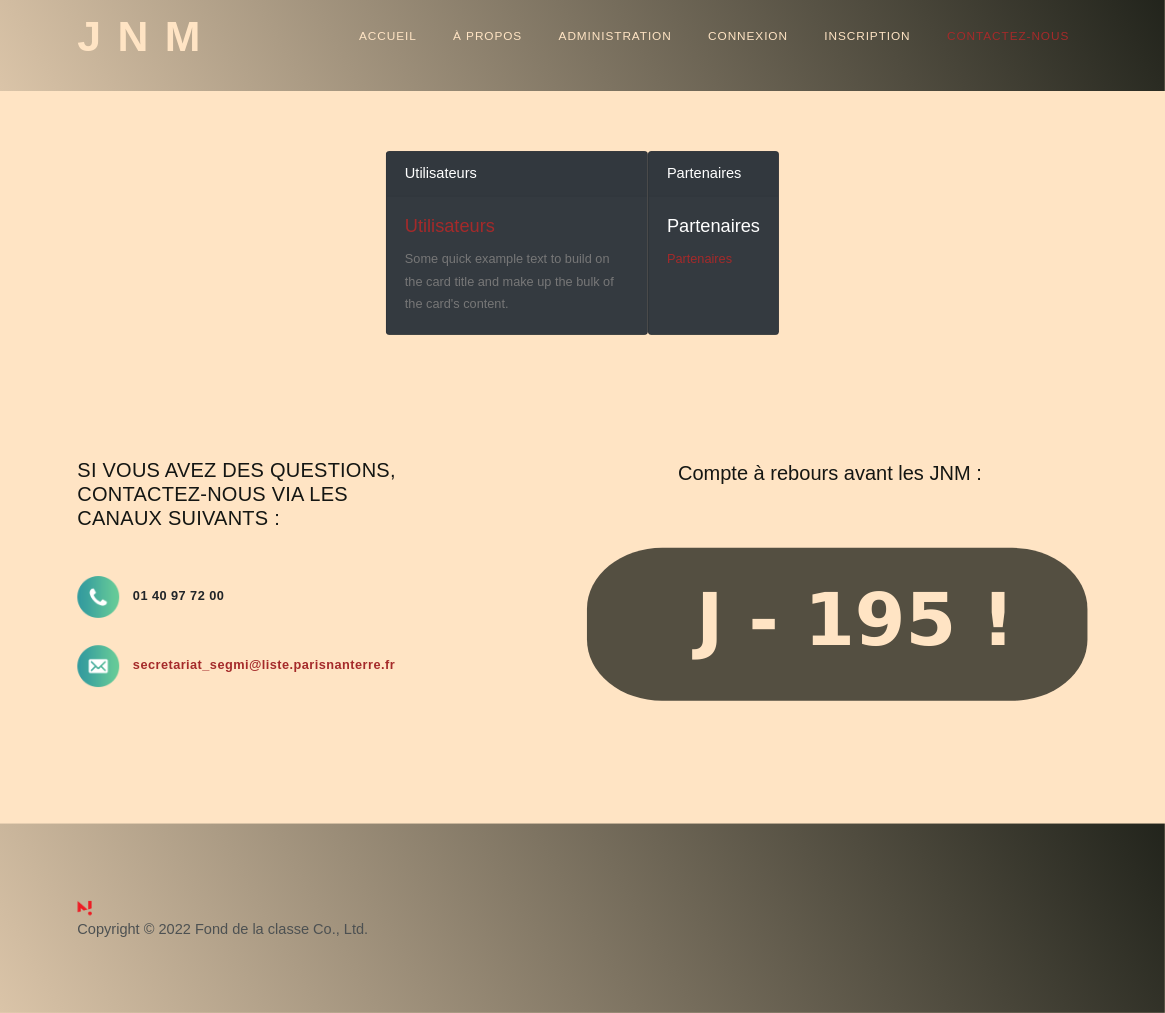
Repository: RiadNadri/ProjetWeb2022
Page: templates/Admin/admin.html.twig
The author's editor kept a copy of each file at every save. The page is drawn from the files as they stood at one save, then again after the next save.
The browser window is 1280 px wide. The pictures show the whole page, at 91% of full size.
Some web fonts or font styles are not loaded; a fallback is used. The page is a Twig template of a Symfony application; nobody is signed in and links lead nowhere. The template is opened directly, without the code that normally fills it, so the values that code supplies are empty.

Above is the page before, as saved 2022-12-24 17:30:12.

### templates/Admin/admin.html.twig
{% extends 'base.html.twig' %}

{% block title %} Administration {% endblock %}


{% block body %}

<style>
    .buttonUser{
        margin-top: 0%;
        margin-bottom: 10%;
        margin-left: 25%;
    }
    .buttonPartenaire{
        margin-left:35%;
        font-size: xx-large;
    }
</style>

<div class="buttonUser">
    <div class="btn btn-light" >
        <a href="{{path('app_user')}}">Utilisateurs</a>
    </div>
    <div class="btn btn-light" >
        <a  href="{{path('app_partenaire')}}">Partenaires</a>
    </div>
</div>

<div class="d-flex justify-content-center">
    <div class="card text-white bg-dark mb-3" style="max-width: 18rem;">
    <div class="card-header">Utilisateurs</div>
    <div class="card-body">
        <h5 class="card-title"><a href="{{path('app_user')}}">Utilisateurs</a></h5>
        <p class="card-text">Some quick example text to build on the card title and make up the bulk of the card's content.</p>
    </div>
    </div>

    <div class="card text-white bg-dark mb-3" style="max-width: 18rem;">
    <div class="card-header">Partenaires</div>
    <div class="card-body">
        <h5 class="card-title"<a  href="{{path('app_partenaire')}}">Partenaires</a></h5>
        <p class="card-text"><a  href="{{path('app_partenaire')}}">Partenaires</a></p>
    </div>
    </div>
</div>
{% endblock %}

### templates/base.html.twig
<!DOCTYPE html>
<html>
    <head>
        <meta charset="UTF-8">
        <title>{% block title %}{% endblock %} - JNM</title>
        <meta name="viewport" content="width=device-width, initial-scale=1, shrink-to-fit=no">
        <meta name="description" content="">
        <meta name="author" content="">
        <link href="https://fonts.googleapis.com/css?family=Raleway:100,200,300,400,500,600,700,800,900&display=swap" rel="stylesheet">
        <link rel="shortcut icon" type= "image/png" href="{{ asset('img/favicon.png')}}" />

        {# Run `composer require symfony/webpack-encore-bundle` to start using Symfony UX #}

        <link rel="stylesheet" href="{{ asset('assets/css/bootstrap.min.css')}}">
        <link rel="stylesheet" href="{{ asset('assets/css/templatemo-breezed (1).css')}}">

        {% block stylesheets %}{% endblock %}

        {% block javascripts %}{% endblock %}
    </head>
    <body>

        <header class="header-area header-sticky">
        <div class="container">
            <div class="row">
                <div class="col-12">
                    <nav class="main-nav">
                        <!-- ***** Logo Start ***** -->
                        <a href="{{path('app_accueil')}}" class="logo">
                            JNM
                        </a>
                        <!-- ***** Logo End ***** -->
                        <!-- ***** Menu Start ***** -->
                        <ul class="nav">
                            <li class="scroll-to-section"><a href="{{path('app_accueil')}}" >Accueil</a></li>
                            <li class="scroll-to-section"><a href="#about">À propos</a></li>
                            <li class="scroll-to-section"><a href="{{path('app_admin')}}">Administration</a></li>
                            <li class="scroll-to-section"><a href="{{path('app_connexion')}}">Connexion</a></li>
                            {% if app.user %}
                                <li class="scroll-to-section"><a href="#réservation">Réservation</a></li>
                                <li class="scroll-to-section"><a href="{{path('app_profil')}}">Mon profil</a></li>
                                <li class="scroll-to-section"><a href="{{path('app_deconnexion')}}">Deconnexion</a></li>
                            {% else %}
                                <li class="scroll-to-section"><a href="{{path('app_inscription')}}">Inscription</a></li>
                            {% endif %}
                            <li class="scroll-to-section"><a href="#contact-us" class="active">Contactez-Nous</a></li>


                        </ul>

                        <!-- ***** Menu End ***** -->
                    </nav>
                </div>
            </div>
        </div>
    </header>

    {% block body %}
    <section class="section" id="about">
        <div class="container">
            <div class="row">
                <div class="col-lg-6 col-md-6 col-xs-12">
                    <div class="left-text-content">
                        <div class="section-heading">
                            <h6>À propos des Journées Nationales de la MIAGE</h6>
                            <h2>Certains de nos partenaires</h2>
                        </div>
                        <div class="row">
                            <div class="col-md-6 col-sm-6">
                                <div class="service-item">
                                    <a href="https://pepsi.fr/" rel ="nofollow noopener" target="_blank"> <img src="{{ asset('img/Pepsi-Logo-PNG-Pic.png')}}" alt=""> </a>
                                    <h4><a rel="nofollow noopener" href="https://pepsi.fr/" target="_blank">Pepsi</a></h4>
                                </div>
                            </div>
                            <div class="col-md-6 col-sm-6">
                                <div class="service-item">
                                    <a href="https://www.beinsports.com/france/" rel ="nofollow noopener" target="_blank"> <img src="{{ asset('img/Bein_sport_logo.png')}}" alt=""> </a>
                                    <h4><a rel="nofollow noopener" href="https://www.beinsports.com/france/" target="_blank">BeIn Sport</a></h4>
                                </div>
                            </div>
                            <div class="col-md-6 col-sm-6">
                                <div class="service-item">
                                    <a href="https://www.canalplus.com/" rel ="nofollow noopener" target="_blank"> <img src="{{ asset('img/canal-logo-png-transparent.png')}}" alt=""> </a>
                                    <h4><a rel="nofollow noopener" href="https://www.canalplus.com/" target="_blank">Canal +</a></h4>
                                </div>
                            </div>
                            <div class="col-md-6 col-sm-6">
                                <div class="service-item">
                                    <a href="https://www.wwf.fr/" rel ="nofollow noopener" target="_blank"> <img src="{{ asset('img/panda.png')}}" alt=""> </a>
                                    <h4><a rel="nofollow noopener" href="https://www.wwf.fr/" target="_blank">WWF</a></h4>
                                </div>
                            </div>
                            <div class="col-md-12">
                                <a href="#" class="main-button-icon">
                                    En savoir plus
                                </a>
                            </div>
                        </div>
                    </div>
                </div>
                <div class="col-lg-6 col-md-6 col-xs-12">
                    <div class="right-text-content">
                        <p>Les Journées Nationales de la Miage sont organisées par <a rel="nofollow noopener" href="https://www.parisnanterre.fr/" target="_blank">L'Université Paris Nanterre</a> en 2023.
                        <br><br>Du 01/06/2023 au 04/06/2023 venez participer aux Journées Nationales de la MIAGE aux portes de Paris sur le campus de Nanterre. Retrouvez-y toutes les MIAGE de France pour partager un bon moment.
                      <br><br>Prenez part aux différentes activités et profitez-en pour élargir votre réseau miagiste !</p>
                    </div>
                </div>
            </div>
        </div>
    </section>

    <section class="section" id="features">
        <div class="container">
            <div class="row">
                <div class="col-lg-4 col-md-6 col-sm-12 col-xs-12" data-scroll-reveal="enter left move 30px over 0.6s after 0.4s">
                    <div class="features-item">
                        <div class="features-icon">
                            <img src="{{ asset('img/Icone.png')}}" height="30px" width="30px" alt="">
                        </div>
                        <div class="features-content">
                            <h4>Le campus de Nanterre</h4>
                            <p>Situé à proximité du quartier d'affaires da La Défense, le campus de Nanterre s'étend sur 30 hectares.<br> Chaque année, il accueille plus de 40 000 étudiants et met à leur disposition divers types d'infrastructures permettant de pratiquer des activités sportives et culturelles !</p>
                            <a href="https://www.parisnanterre.fr/" target="_blank" class="text-button-icon">
                                En savoir plus
                            </a>
                        </div>
                    </div>
                </div>
                <div class="col-lg-4 col-md-6 col-sm-12 col-xs-12" data-scroll-reveal="enter bottom move 30px over 0.6s after 0.4s">
                    <div class="features-item">
                        <div class="features-icon">
                            <img src="{{ asset('img/miage.png')}}" height="30px" width="30px" alt="">
                        </div>
                        <div class="features-content">
                            <h4>La Miage de Nanterre</h4>
                            <p>Intégrée au sein de l'Unité de Formation et de Recherche
                                <a href="https://ufr-segmi.parisnanterre.fr/" rel="nofollow noopener" target="_blank">
                                SEGMI
                                </a> au bâtiment Allais (G), la MIAGE de Nanterre</p>
                            <a href="https://miage.parisnanterre.fr/" class="text-button-icon">
                                En savoir plus
                            </a>
                        </div>
                    </div>
                </div>
                <div class="col-lg-4 col-md-6 col-sm-12 col-xs-12" data-scroll-reveal="enter right move 30px over 0.6s after 0.4s">
                    <div class="features-item">
                        <div class="features-icon">
                            <img src="{{ asset('img/eiffel.png')}}" height="50px" width="50px"alt="">
                        </div>
                        <div class="features-content">
                            <h4>Le séjour à Paris</h4>
                            <p>Vous pourrez profiter d'ếtre aux portes de Paris pour visiter la capitale. La ligne du RER A vous permettra de rejoindre le centre-ville en moins de 30 minutes.<br> Allez explorer le 1er arrondissement riche en culture, ou manger dans l'un des 18 000 restaurants parisiens !</p>
                            <a href="https://www.parisinfo.com/visiter-a-paris" class="text-button-icon">
                                En savoir plus
                            </a>
                        </div>
                    </div>
                </div>
            </div>
        </div>
    </section>
    {% endblock %}


    <!-- ***** Contact Us Area Starts ***** -->
    <section class="section" id="contact-us">
        <div class="container">
            <div class="row">
                <div class="col-lg-4 col-md-4 col-xs-12">
                    <div class="left-text-content">
                        <div class="section-heading">
                            <h6>Si vous avez des questions, Contactez-nous via les canaux suivants :</h6>
                        </div>
                        <ul class="contact-info">
                            <li><img src="{{ asset('img/contact-info-01.png')}}" alt="">01 40 97 72 00</li>
                            <li><img src="{{ asset('img/contact-info-02.png')}}" alt=""><a href="mailto:secretariat_segmi@liste.parisnanterre.fr">secretariat_segmi@liste.parisnanterre.fr</a></li>
                        </ul>
                    </div>
                </div>

                <div class="col-lg-8 col-md-6 col-xs-12">
                    <div class="section-heading">
                        <h7>Compte à rebours avant les JNM :</h7>
                    </div>
                    <div class="cpt">

                        <label id="Compte"></label>
                            <script type="text/javascript" >
                                var Affiche=document.getElementById("Compte");
                                function Rebour() {
                                 var date1 = new Date();
                                 var date2 = new Date ("Jun 1, 2023 00:00:00");
                                 var sec = (date2 - date1) / 1000;
                                 var n = 24 * 3600;
                                 if (sec > 0) {
                                        j = Math.floor (sec / n);
                                        Affiche.innerHTML = "J - " + j + " !";
                                 }
                                 tRebour=setTimeout ("Rebour();", 1000);
                                }
                             Rebour();
                            </script>

                    </div>
                </div>

            </div>
        </div>
    </section>


    </body>


    <!-- ***** Footer Start ***** -->
    <footer>
        <div class="container">
            <div class="row">
                <div class="col-lg-6 col-xs-12">
                    <div class="left-text-content">
                        <a rel="nofollow noopener" href="https://www.parisnanterre.fr/" target="_blank"><img src="{{ asset('img/Icone.png')}}" alt=""><br>Copyright &copy; 2022 Fond de la classe Co., Ltd. </a>
                    </div>
                </div>

            </div>
        </div>
    </footer>
</html>

Loaded but not shown: public/assets/css/bootstrap.min.css (library); public/assets/css/templatemo-breezed (1).css (908 lines, source omitted)

After the next save:
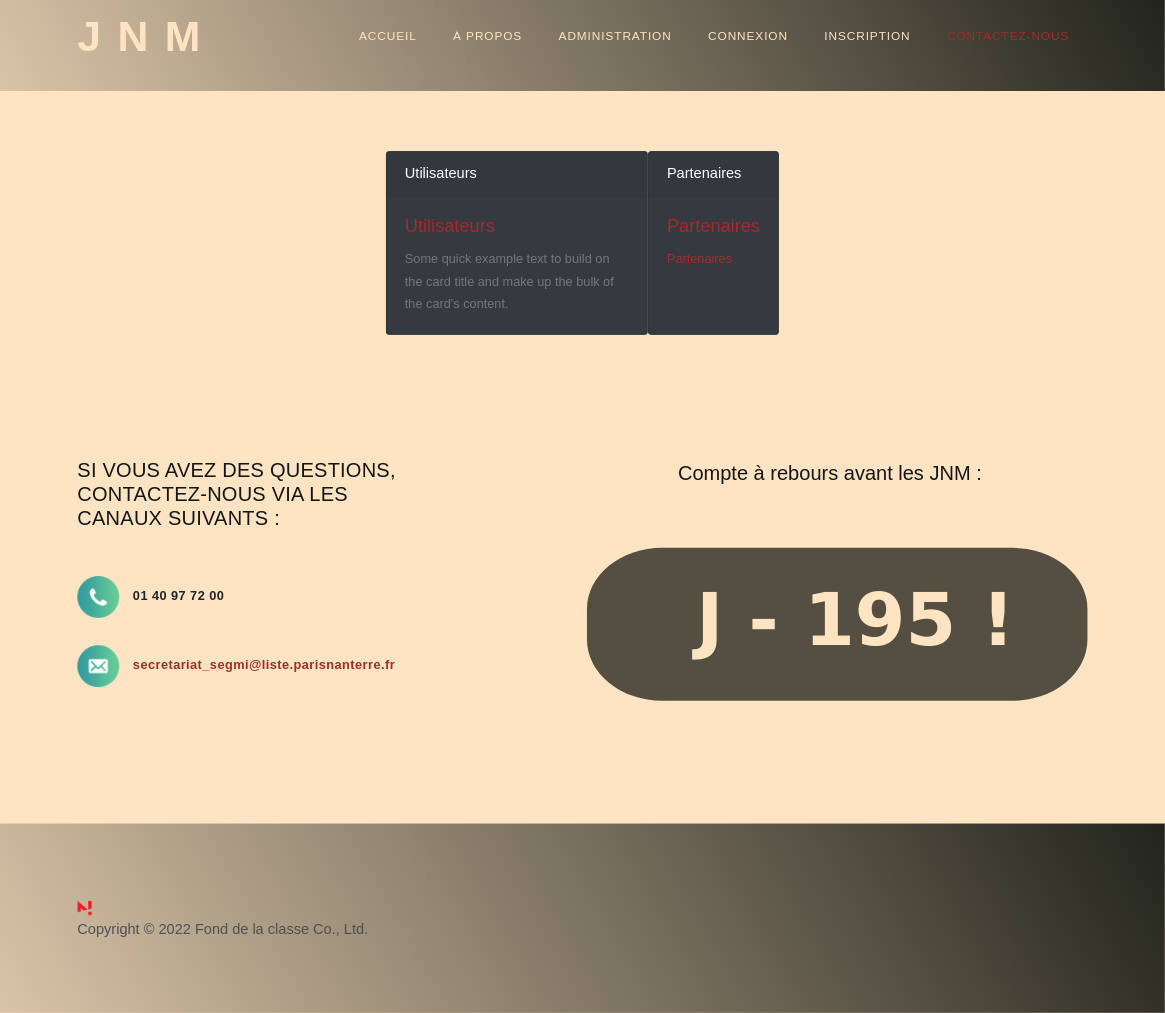
Saved 17 s later.
--- a/templates/Admin/admin.html.twig
+++ b/templates/Admin/admin.html.twig
@@ -38,7 +38,7 @@
     <div class="card text-white bg-dark mb-3" style="max-width: 18rem;">
     <div class="card-header">Partenaires</div>
     <div class="card-body">
-        <h5 class="card-title"<a  href="{{path('app_partenaire')}}">Partenaires</a></h5>
+        <h5 class="card-title"><a  href="{{path('app_partenaire')}}">Partenaires</a></h5>
         <p class="card-text"><a  href="{{path('app_partenaire')}}">Partenaires</a></p>
     </div>
     </div>
